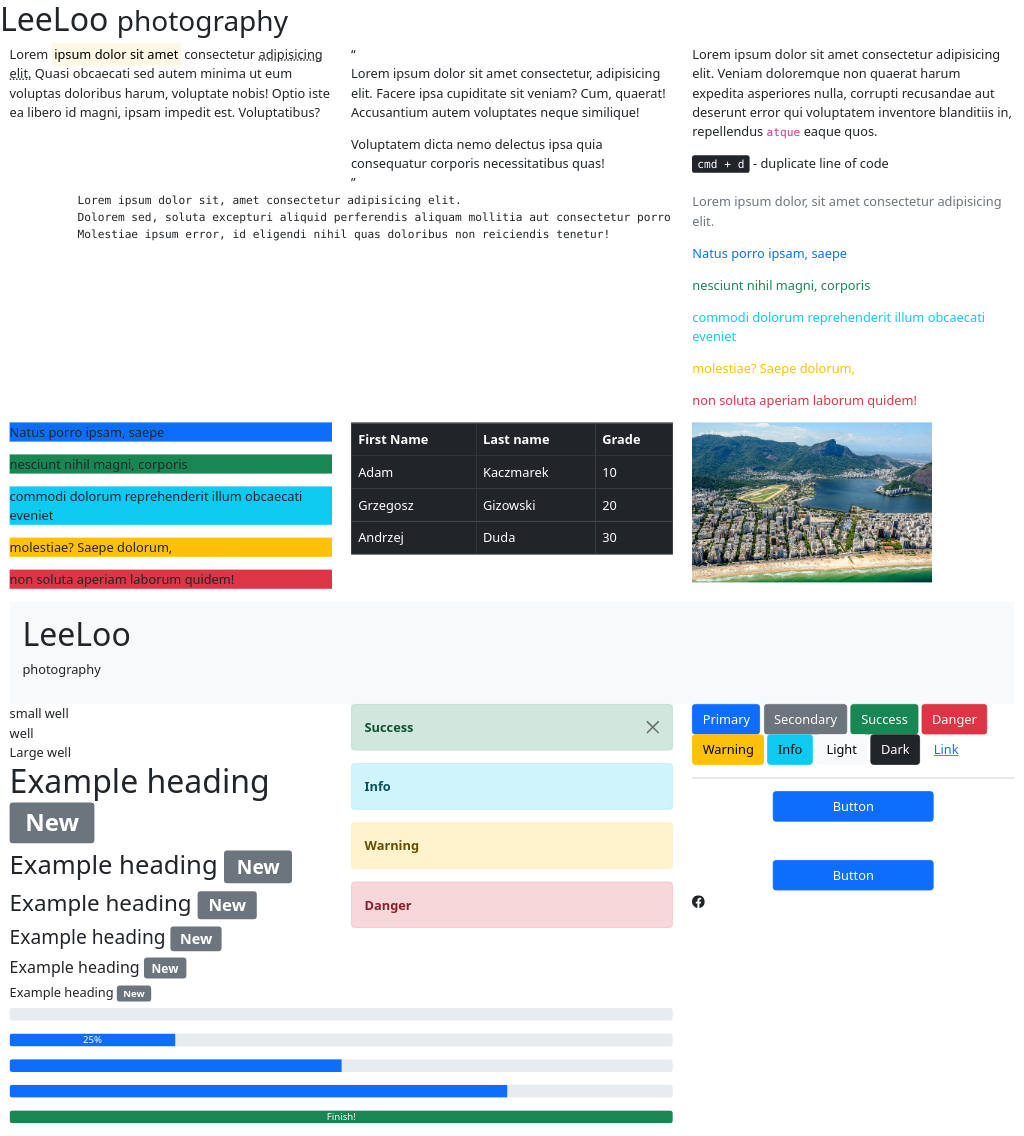
Repository: Zyzik-33/bootstrap-test
Page: index.html
These files come from the project's save history. The page is drawn as it stood at one moment and after the next save; the edit follows.
The browser window is 1280 px wide. The pictures show the whole page, at 80% of full size.

Above is the page before, as saved 2021-01-27 22:20:46.

### index.html
<!DOCTYPE html>
<html lang="en">
<head>
  <title>LeeLoo</title>
  <meta charset="UTF-8">
  <meta name="viewport" content="width=device-width, initial-scale=1.0">
  <link href="https://cdn.jsdelivr.net/npm/bootstrap@5.0.0-beta1/dist/css/bootstrap.min.css" rel="stylesheet" integrity="sha384-giJF6kkoqNQ00vy+HMDP7azOuL0xtbfIcaT9wjKHr8RbDVddVHyTfAAsrekwKmP1" crossorigin="anonymous">
  <script src="https://ajax.googleapis.com/ajax/libs/jquery/3.5.1/jquery.min.js"></script>
  <script src="https://cdn.jsdelivr.net/npm/bootstrap@5.0.0-beta1/dist/js/bootstrap.bundle.min.js" integrity="sha384-ygbV9kiqUc6oa4msXn9868pTtWMgiQaeYH7/t7LECLbyPA2x65Kgf80OJFdroafW" crossorigin="anonymous"></script>
</head>
<body>
  <h1>LeeLoo <small>photography</small> </h1>
  <div class="container-fluid">

    <div class="row">
      <div class="col-lg-4">Lorem <mark>ipsum dolor sit amet</mark> consectetur <abbr title="Explanation">adipisicing elit.</abbr> Quasi obcaecati sed autem minima ut eum voluptas doloribus harum, voluptate nobis! Optio iste ea libero id magni, ipsam impedit est. Voluptatibus?</div>
      <div class="col-lg-4">
        <q cite="http://developer.mozilla.org">
          <p>
            Lorem ipsum dolor sit amet consectetur, adipisicing elit. Facere ipsa cupiditate sit veniam? Cum, quaerat!
             Accusantium autem voluptates neque similique!
          </p>
          <footer>
            Voluptatem dicta nemo delectus ipsa quia consequatur corporis necessitatibus quas!
          </footer>
        </q>
      </div>
      <div class="col-lg-4">
        <blockquote class="blockquote-reverse">
          <p>
            Lorem ipsum dolor sit amet consectetur adipisicing elit.
            Veniam doloremque non quaerat harum expedita asperiores nulla,
            corrupti recusandae aut deserunt error qui voluptatem inventore
            blanditiis in, repellendus <code>atque</code> eaque quos.
          </p>
          <footer><kbd>cmd + d</kbd> - duplicate line of code</footer>
        </blockquote>
      </div>
    </div>
    <div class="row">
      <div class="col-lg-8">
        <pre>
          Lorem ipsum dolor sit, amet consectetur adipisicing elit.
          Dolorem sed, soluta excepturi aliquid perferendis aliquam mollitia aut consectetur porro.
          Molestiae ipsum error, id eligendi nihil quas doloribus non reiciendis tenetur!
        </pre>
      </div>
      <div class="col-lg-4">
       <p class="text-muted"> Lorem ipsum dolor, sit amet consectetur adipisicing elit.</p>
       <p class="text-primary">Natus porro ipsam, saepe</p>
       <p class="text-success">nesciunt nihil magni, corporis</p>
       <p class="text-info">commodi dolorum reprehenderit illum obcaecati eveniet</p>
       <p class="text-warning">molestiae? Saepe dolorum,</p>
       <p class="text-danger">non soluta aperiam laborum quidem!</p>
      </div>
    </div>
    <div class="row">
      <div class="col-lg-4">
       <p class="bg-primary">Natus porro ipsam, saepe</p>
       <p class="bg-success">nesciunt nihil magni, corporis</p>
       <p class="bg-info">commodi dolorum reprehenderit illum obcaecati eveniet</p>
       <p class="bg-warning">molestiae? Saepe dolorum,</p>
       <p class="bg-danger">non soluta aperiam laborum quidem!</p>
      </div>
      <div class="col-lg-4">
        <table class="table table-hover table-dark table-bordered">
          <!-- table-striped, table-bordered, table-hover, table-dark -->
          <thead>
            <tr>
              <th scope="col">First Name</th>
              <th scope="col">Last name</th>
              <th scope="col">Grade</th>
            </tr>
          </thead>
          <tbody>
            <tr>
              <td scope="row">Adam</td>
              <td>Kaczmarek</td>
              <td>10</td>
            </tr>
            <tr>
              <td scope="row">Grzegosz</td>
              <td>Gizowski</td>
              <td>20</td>
            </tr>
            <tr>
              <td scope="row">Andrzej</td>
              <td>Duda</td>
              <td>30</td>
            </tr>
          </tbody>
        </table>
      </div>
      <div class="col-lg-4">
        <img src="./assets/images/brazil-4809010_640.jpg" width="300" alt="brazil">
      </div>
    </div>
    <div class="row">
      <div class="col-lg-12">
        <div class="bg-light p-3">
          <h1>LeeLoo</h1>
          <p>photography</p>
        </div>
      </div>
    </div>
    <div class="row">
      <div class="col-lg-4">
        <div class="well well-sm">small well</div>
        <div class="well">well</div>
        <div class="well well-lg">Large well</div>
        <h1>Example heading <span class="badge bg-secondary">New</span></h1>
        <h2>Example heading <span class="badge bg-secondary">New</span></h2>
        <h3>Example heading <span class="badge bg-secondary">New</span></h3>
        <h4>Example heading <span class="badge bg-secondary">New</span></h4>
        <h5>Example heading <span class="badge bg-secondary">New</span></h5>
        <h6>Example heading <span class="badge bg-secondary">New</span></h6>
      </div>
      <div class="col-lg-4">
        <div class="alert alert-success alert-dismissible fade show" role="alert">
          <strong>Success</strong>
          <!-- <a href="#" class="close" data-dismiss="alert">&times;</a> -->
          <button type="button" class="btn-close" data-bs-dismiss="alert" aria-label="Close"></button>
        </div>
        <div class="alert alert-info">
          <strong>Info</strong>
        </div>
        <div class="alert alert-warning">
          <strong>Warning</strong>
        </div>
        <div class="alert alert-danger">
          <strong>Danger</strong>
        </div>
      </div>
      <div class="col-lg-4">
        <button type="button" class="btn btn-primary">Primary</button>
        <button type="button" class="btn btn-secondary">Secondary</button>
        <button type="button" class="btn btn-success">Success</button>
        <button type="button" class="btn btn-danger">Danger</button>
        <button type="button" class="btn btn-warning">Warning</button>
        <button type="button" class="btn btn-info">Info</button>
        <button type="button" class="btn btn-light">Light</button>
        <button type="button" class="btn btn-dark">Dark</button>
        <button type="button" class="btn btn-link">Link</button>
        <hr>
        <div class="d-grid gap-5 col-6 mx-auto">
          <button class="btn btn-primary" type="button">Button</button>
          <button class="btn btn-primary" type="button">Button</button>
        </div>
        <svg xmlns="http://www.w3.org/2000/svg" width="16" height="16" fill="currentColor" class="bi bi-facebook" viewBox="0 0 16 16">
          <path d="M16 8.049c0-4.446-3.582-8.05-8-8.05C3.58 0-.002 3.603-.002 8.05c0 4.017 2.926 7.347 6.75 7.951v-5.625h-2.03V8.05H6.75V6.275c0-2.017 1.195-3.131 3.022-3.131.876 0 1.791.157 1.791.157v1.98h-1.009c-.993 0-1.303.621-1.303 1.258v1.51h2.218l-.354 2.326H9.25V16c3.824-.604 6.75-3.934 6.75-7.951z"/>
        </svg>
        <i class="bi bi-braces"></i>
      </div>
    </div>
    <div class="row">
      <div class="col-lg-8">
        <div class="progress mb-3">
          <div class="progress-bar" role="progressbar" aria-valuenow="0" aria-valuemin="0" aria-valuemax="100"></div>
        </div>
        <div class="progress mb-3">
          <div class="progress-bar" role="progressbar" style="width: 25%" aria-valuenow="25" aria-valuemin="0" aria-valuemax="100">25%</div>
        </div>
        <div class="progress mb-3">
          <div class="progress-bar" role="progressbar" style="width: 50%" aria-valuenow="50" aria-valuemin="0" aria-valuemax="100"></div>
        </div>
        <div class="progress mb-3">
          <div class="progress-bar" role="progressbar" style="width: 75%" aria-valuenow="75" aria-valuemin="0" aria-valuemax="100"></div>
        </div>
        <div class="progress mb-3">
          <div class="progress-bar bg-success" role="progressbar" style="width: 100%" aria-valuenow="100" aria-valuemin="0" aria-valuemax="100">Finish!</div>
        </div>
      </div>
      <div class="col-lg-2"></div>
    </div>
  </div>
</body>
</html>

After the next save:
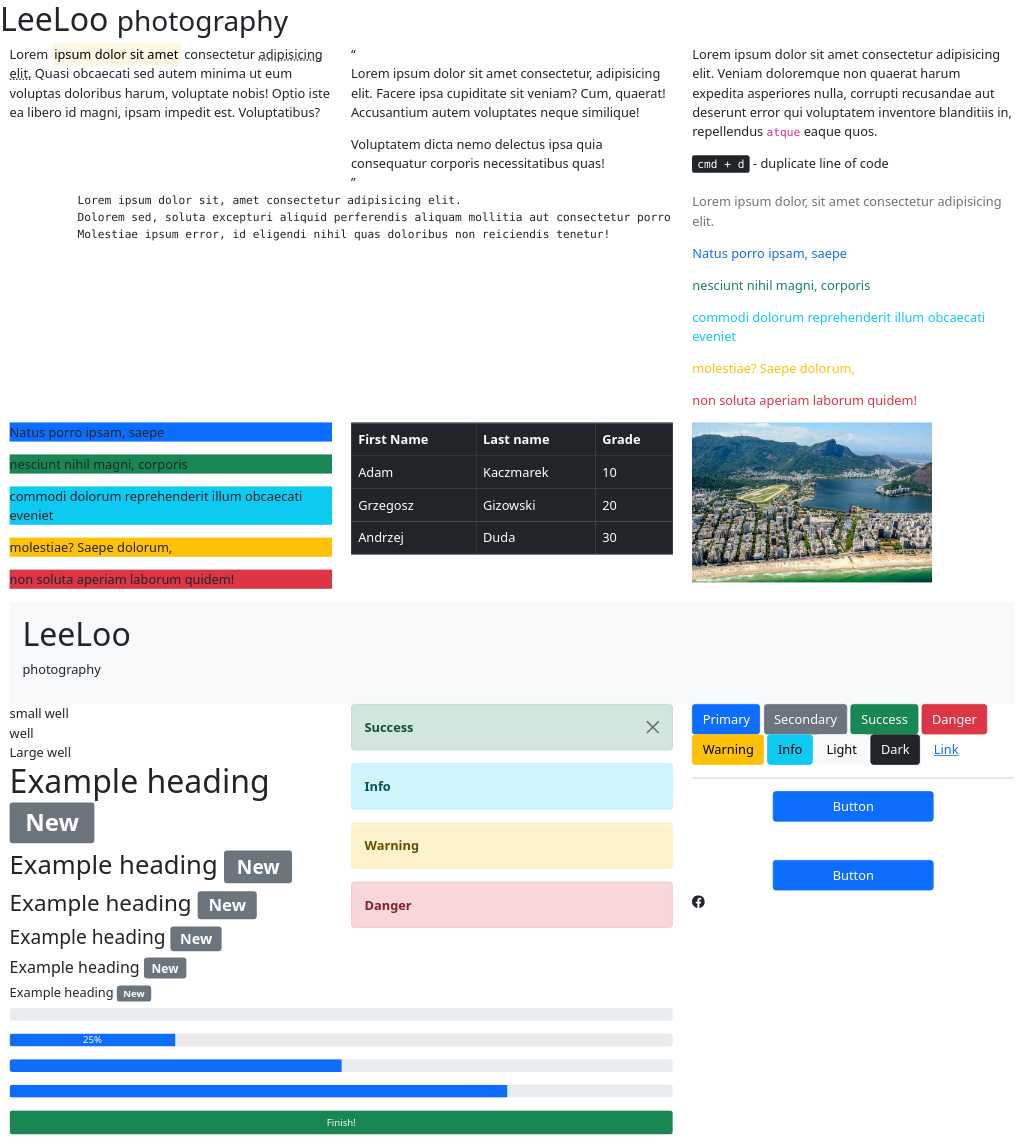
Saved 49 s later.
--- a/index.html
+++ b/index.html
@@ -166,7 +166,7 @@
         <div class="progress mb-3">
           <div class="progress-bar" role="progressbar" style="width: 75%" aria-valuenow="75" aria-valuemin="0" aria-valuemax="100"></div>
         </div>
-        <div class="progress mb-3">
+        <div class="progress mb-3" style="height: 30px;">
           <div class="progress-bar bg-success" role="progressbar" style="width: 100%" aria-valuenow="100" aria-valuemin="0" aria-valuemax="100">Finish!</div>
         </div>
       </div>
